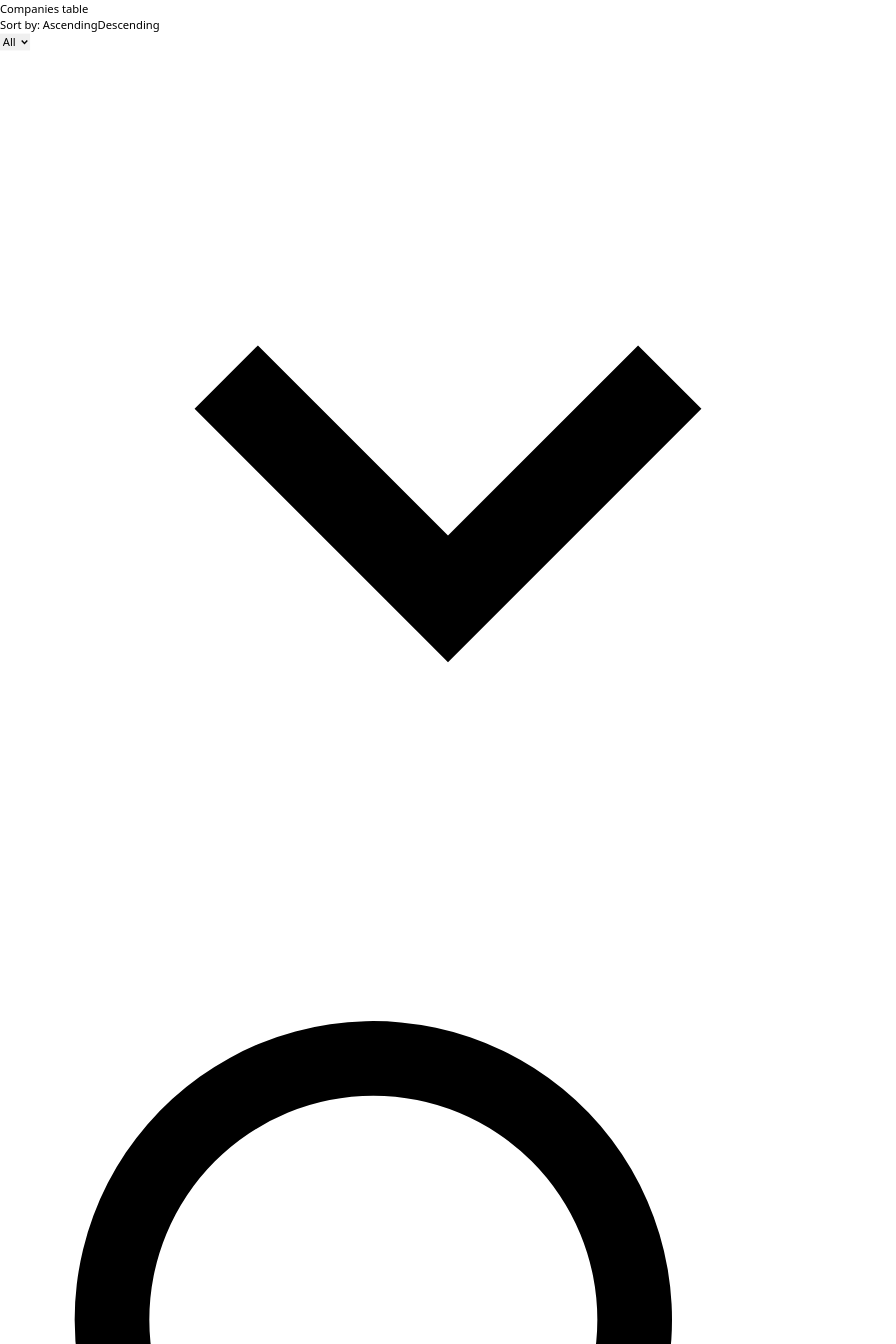
Repository: AlekJanevski/capcito
Page: /
The author's editor kept a copy of each file at every save. The page is drawn from the files as they stood at one save, then again after the next save.
The browser window is 1280 px wide. The pictures show the part of the page from y = 0 to 1920 px (the page is 2682 px tall before and 2706 px after), at 70% of full size.
The page's requests for data from a server got no answer. The project was rebuilt for these pictures with package versions that can differ from the ones it lists, and the page was loaded fresh each time. No one was signed in, and anything a server would have sent is missing.

Above is the page before, as saved 2021-02-12 12:06:06.

### src/App.vue
<template>
  <HelloWorld />
</template>

<script>
import HelloWorld from './components/HelloWorld.vue'

export default {
  name: 'App',
  components: {
    HelloWorld
  }
}
</script>

<style>

</style>

### src/components/HelloWorld.vue
<template>
	<div class="container px-4 mx-auto sm:px-8">
		<div class="py-8">
			<!-- Heading starts-->
			<div>
				<h2 class="mb-5 text-2xl font-semibold leading-tight">Companies table</h2>
			</div>
			<!-- Heading ends -->

			<!-- Filter section starts -->
			<div class="flex flex-col items-center justify-start my-2 sm:flex-row">
				<!-- Buttons wrapper starts -->
				<div class="flex items-center justify-start">
					<span class="inline-block"> Sort by: </span>
					<button
						@click="sortByAscending()"
						type="button"
						class="px-4 py-2 m-2 text-white transition duration-500 bg-indigo-500 border border-indigo-500 rounded-md select-none ease hover:bg-indigo-600 focus:outline-none focus:shadow-outline"
					>
						Ascending
					</button>
					<button
						@click="sortByDescending()"
						type="button"
						class="px-4 py-2 m-2 text-white transition duration-500 bg-indigo-500 border border-indigo-500 rounded-md select-none ease hover:bg-indigo-600 focus:outline-none focus:shadow-outline"
					>
						Descending
					</button>
				</div>
				<!-- Buttons wrapper ends -->

				<!-- Sorting filters wrapper starts -->
				<div class="flex flex-row mb-1 sm:mb-0">
					<div class="relative mr-3">
						<select @change="handleFilterByType($event)"
							class="block w-full h-full px-4 py-2 pr-8 leading-tight text-gray-700 bg-white border border-gray-400 rounded appearance-none sm:rounded-r-none focus:outline-none focus:border-l focus:border-r focus:bg-white focus:border-gray-500">
							<option
								v-for="(type, index) in filterList"
								:key="index"
								:value="type"
							> {{ type }} </option>
						</select>
						<div
							class="absolute inset-y-0 right-0 flex items-center px-2 text-gray-700 pointer-events-none">
							<svg class="w-4 h-4 fill-current" xmlns="http://www.w3.org/2000/svg" viewBox="0 0 20 20">
								<path d="M9.293 12.95l.707.707L15.657 8l-1.414-1.414L10 10.828 5.757 6.586 4.343 8z" />
							</svg>
						</div>
					</div>
				</div>
				<!-- Sorting filters wrapper ends -->

				<!-- Search field wrapper starts -->
				<div class="relative block">
					<span class="absolute inset-y-0 left-0 flex items-center h-full pl-2">
						<svg viewBox="0 0 24 24" class="w-4 h-4 text-gray-500 fill-current">
							<path d="M10 4a6 6 0 100 12 6 6 0 000-12zm-8 6a8 8 0 1114.32 4.906l5.387 5.387a1 1 0 01-1.414 1.414l-5.387-5.387A8 8 0 012 10z" />
						</svg>
					</span>

					<input
						type="text"
						v-model="companyNameSearchString"
						placeholder="Search by name"
						class="block w-full py-2 pl-8 pr-6 text-sm text-gray-700 placeholder-gray-400 bg-white border border-b border-gray-400 rounded-l rounded-r appearance-none sm:rounded-l-none focus:bg-white focus:placeholder-gray-600 focus:text-gray-700 focus:outline-none" />
				</div>
				<!-- Search field wrapper ends -->
			</div>
			<!-- Filters section ends -->

			<!-- Table wrapper starts -->
			<div class="px-4 py-4 -mx-4 overflow-x-auto sm:-mx-8 sm:px-8">
				<div class="inline-block min-w-full overflow-hidden rounded-lg shadow">
					<table class="min-w-full leading-normal">
						<!-- Table header starts -->
						<thead>
							<tr>
								<th class="px-5 py-3 text-xs font-semibold tracking-wider text-left text-gray-600 uppercase bg-gray-100 border-b-2 border-gray-200">
										Company id
								</th>
								<th class="px-5 py-3 text-xs font-semibold tracking-wider text-left text-gray-600 uppercase bg-gray-100 border-b-2 border-gray-200">
										Company name
								</th>
								<th class="px-5 py-3 text-xs font-semibold tracking-wider text-left text-gray-600 uppercase bg-gray-100 border-b-2 border-gray-200">
										Company type
								</th>
							</tr>
						</thead>
						<!-- Table header ends -->

						<!-- Table body starts -->
						<tbody>
							<tr v-for="company in companyFilteredFeed.slice().reverse()" :key="company.id">
								<template v-if="company[fkey] === filter || filter === 'All'">
									<!-- Company id -->
									<td class="px-5 py-5 text-sm bg-white border-b border-gray-200">
										<div class="flex items-center">
											<p class="text-gray-900 whitespace-no-wrap">
												{{ company.id }}
											</p>
										</div>
									</td>
									<!-- Company name -->
									<td class="px-5 py-5 text-sm bg-white border-b border-gray-200">
										<p class="text-gray-900 whitespace-no-wrap">
											{{ company.name }}
										</p>
									</td>
									<!-- Company type -->
									<td class="px-5 py-5 text-sm bg-white border-b border-gray-200">
										<p class="text-gray-900 whitespace-no-wrap">
											{{ company.type }}
										</p>
									</td>
								</template>
							</tr>
						</tbody>
						<!-- Table body ends -->
					</table>
				</div>
			</div>
			<!-- Table wrapper ends -->
		</div>
	</div>
</template>

<script>
import axios from 'axios';
import { ref, onMounted, computed } from 'vue'

export default {
  name: 'Hello World',

	setup () {
		// Declaring data
		const companyList = ref([])
		const filter = ref("All")
		const companyNameSearchString = ref("")
		const fkey = ref("type")
		const filterList = ref(["All", "AB", "HB", "EF"])

		// Mounted
    onMounted(() => {
			axios
				.get("https://my-json-server.typicode.com/capcito/frontend-ws/companies")
				.then(res => {
					companyList.value = res.data;
				})
				.catch(error => {
					console.log(error)
					// Manage errors if found any
				})
			})

			// Methods
			// Handle the company filtering by company type
			function handleFilterByType (event) {
				filter.value = event.target.value
			}

			function sortByDescending () {
				companyFilteredFeed.value.sort((a, b) => { return a.id - b.id; })
			}

			function sortByAscending () {
				companyFilteredFeed.value.sort((a, b) => { return b.id - a.id; })
			}

			// Computed
			const companyFilteredFeed = computed(() => {
				const companies = companyList.value;

				if (!companyNameSearchString.value) {
					return companies;
				}

				return companies.filter(function(item) {
					if (item.name.indexOf(companyNameSearchString.value) !== -1 || item.name.toLowerCase().indexOf(companyNameSearchString.value) !== -1){
						return item;
					}
				})
			})

			// Return data
			return {
				companyList,
				handleFilterByType,
				filter,
				companyFilteredFeed,
				companyNameSearchString,
				fkey,
				filterList,
				sortByDescending,
				sortByAscending
			}
	}
}

</script>

Loaded but not shown: public/index.html (common file); src/main.js (common file); src/index.css (common file); tailwind.config.js (common file)

After the next save:
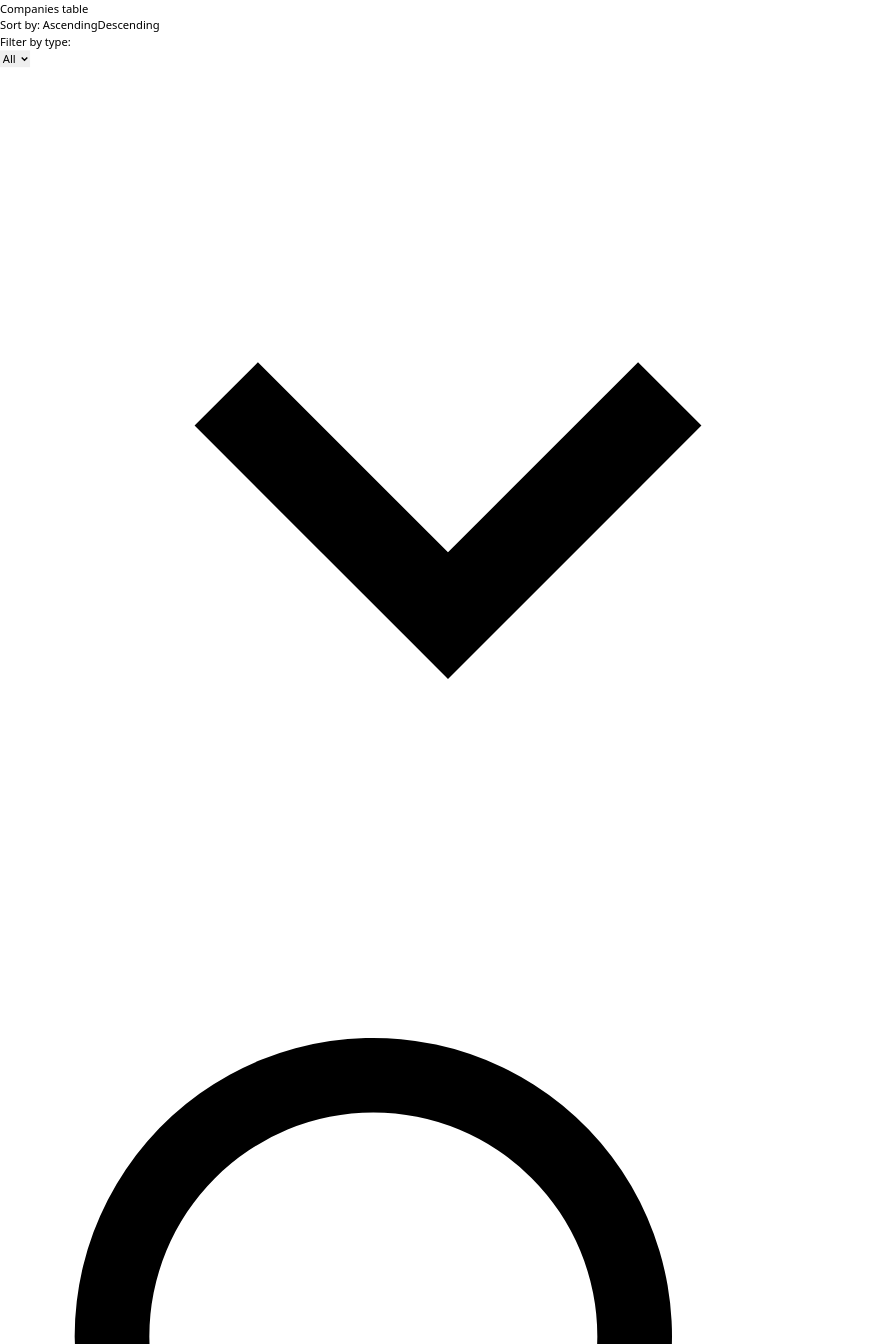
Saved 104 s later.
--- a/src/components/HelloWorld.vue
+++ b/src/components/HelloWorld.vue
@@ -31,6 +31,7 @@
 
 				<!-- Sorting filters wrapper starts -->
 				<div class="flex flex-row mb-1 sm:mb-0">
+					<span class="inline-block"> Filter by type: </span>
 					<div class="relative mr-3">
 						<select @change="handleFilterByType($event)"
 							class="block w-full h-full px-4 py-2 pr-8 leading-tight text-gray-700 bg-white border border-gray-400 rounded appearance-none sm:rounded-r-none focus:outline-none focus:border-l focus:border-r focus:bg-white focus:border-gray-500">

After the 6 saves that followed:
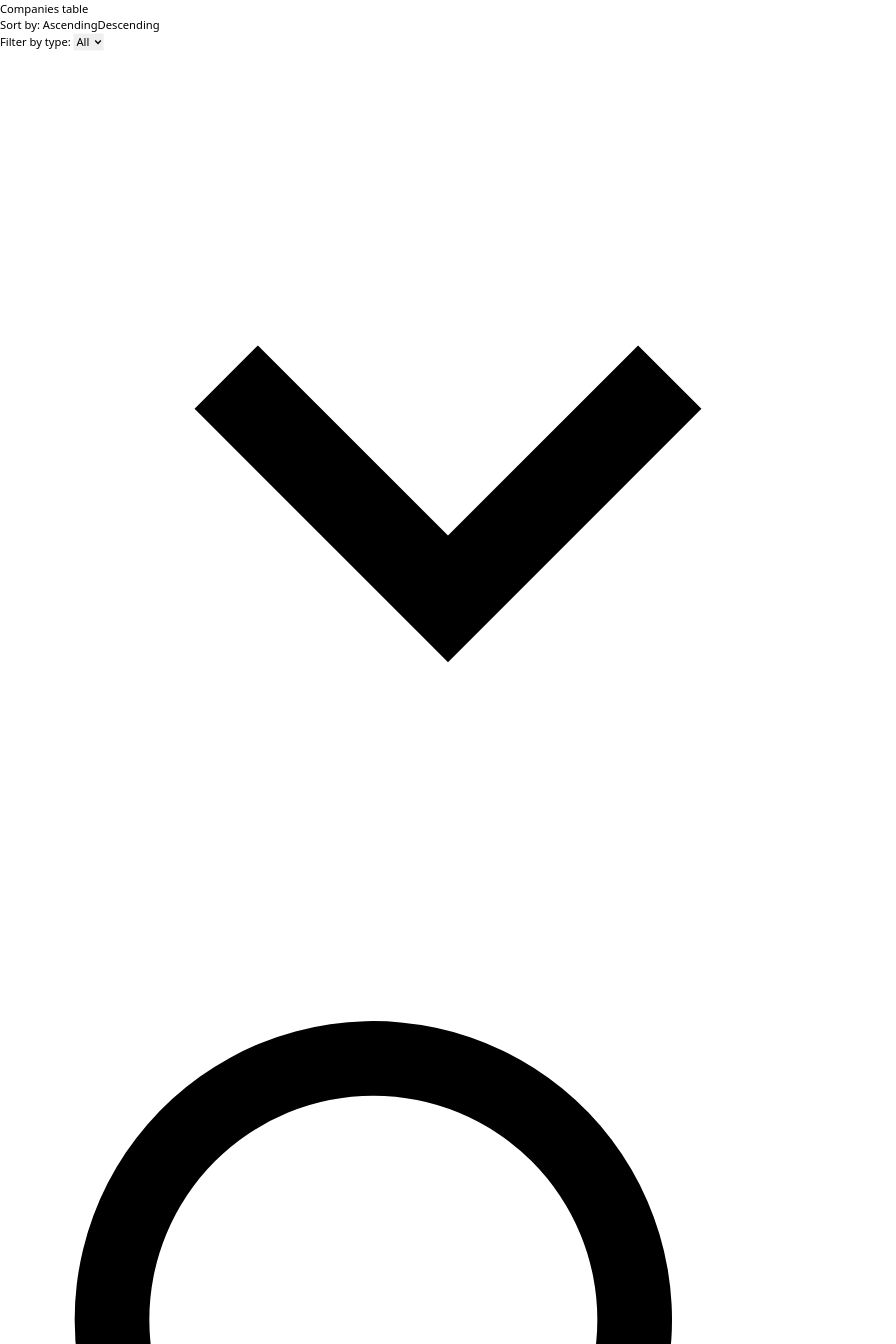
The 6 saves are shown as one change because 5 left the picture as it was.
The last was saved 4 min 12 s later.
--- a/src/components/HelloWorld.vue
+++ b/src/components/HelloWorld.vue
@@ -8,7 +8,7 @@
 			<!-- Heading ends -->
 
 			<!-- Filter section starts -->
-			<div class="flex flex-col items-center justify-start my-2 sm:flex-row">
+			<div class="flex flex-col items-start justify-start my-2">
 				<!-- Buttons wrapper starts -->
 				<div class="flex items-center justify-start">
 					<span class="inline-block"> Sort by: </span>
@@ -31,8 +31,8 @@
 
 				<!-- Sorting filters wrapper starts -->
 				<div class="flex flex-row mb-1 sm:mb-0">
-					<span class="inline-block"> Filter by type: </span>
 					<div class="relative mr-3">
+						<span class="flex items-center justify-start mr-3"> Filter by type: </span>
 						<select @change="handleFilterByType($event)"
 							class="block w-full h-full px-4 py-2 pr-8 leading-tight text-gray-700 bg-white border border-gray-400 rounded appearance-none sm:rounded-r-none focus:outline-none focus:border-l focus:border-r focus:bg-white focus:border-gray-500">
 							<option
@@ -48,24 +48,23 @@
 							</svg>
 						</div>
 					</div>
+
+					<!-- Search field wrapper starts -->
+					<div class="relative block">
+						<span class="absolute inset-y-0 left-0 flex items-center h-full pl-2">
+							<svg viewBox="0 0 24 24" class="w-4 h-4 text-gray-500 fill-current">
+								<path d="M10 4a6 6 0 100 12 6 6 0 000-12zm-8 6a8 8 0 1114.32 4.906l5.387 5.387a1 1 0 01-1.414 1.414l-5.387-5.387A8 8 0 012 10z" />
+							</svg>
+						</span>
+						<input
+							type="text"
+							v-model="companyNameSearchString"
+							placeholder="Search by name"
+							class="block w-full py-2 pl-8 pr-6 text-sm text-gray-700 placeholder-gray-400 bg-white border border-b border-gray-400 rounded-l rounded-r appearance-none sm:rounded-l-none focus:bg-white focus:placeholder-gray-600 focus:text-gray-700 focus:outline-none" />
+					</div>
+					<!-- Search field wrapper ends -->
 				</div>
 				<!-- Sorting filters wrapper ends -->
-
-				<!-- Search field wrapper starts -->
-				<div class="relative block">
-					<span class="absolute inset-y-0 left-0 flex items-center h-full pl-2">
-						<svg viewBox="0 0 24 24" class="w-4 h-4 text-gray-500 fill-current">
-							<path d="M10 4a6 6 0 100 12 6 6 0 000-12zm-8 6a8 8 0 1114.32 4.906l5.387 5.387a1 1 0 01-1.414 1.414l-5.387-5.387A8 8 0 012 10z" />
-						</svg>
-					</span>
-
-					<input
-						type="text"
-						v-model="companyNameSearchString"
-						placeholder="Search by name"
-						class="block w-full py-2 pl-8 pr-6 text-sm text-gray-700 placeholder-gray-400 bg-white border border-b border-gray-400 rounded-l rounded-r appearance-none sm:rounded-l-none focus:bg-white focus:placeholder-gray-600 focus:text-gray-700 focus:outline-none" />
-				</div>
-				<!-- Search field wrapper ends -->
 			</div>
 			<!-- Filters section ends -->
 
